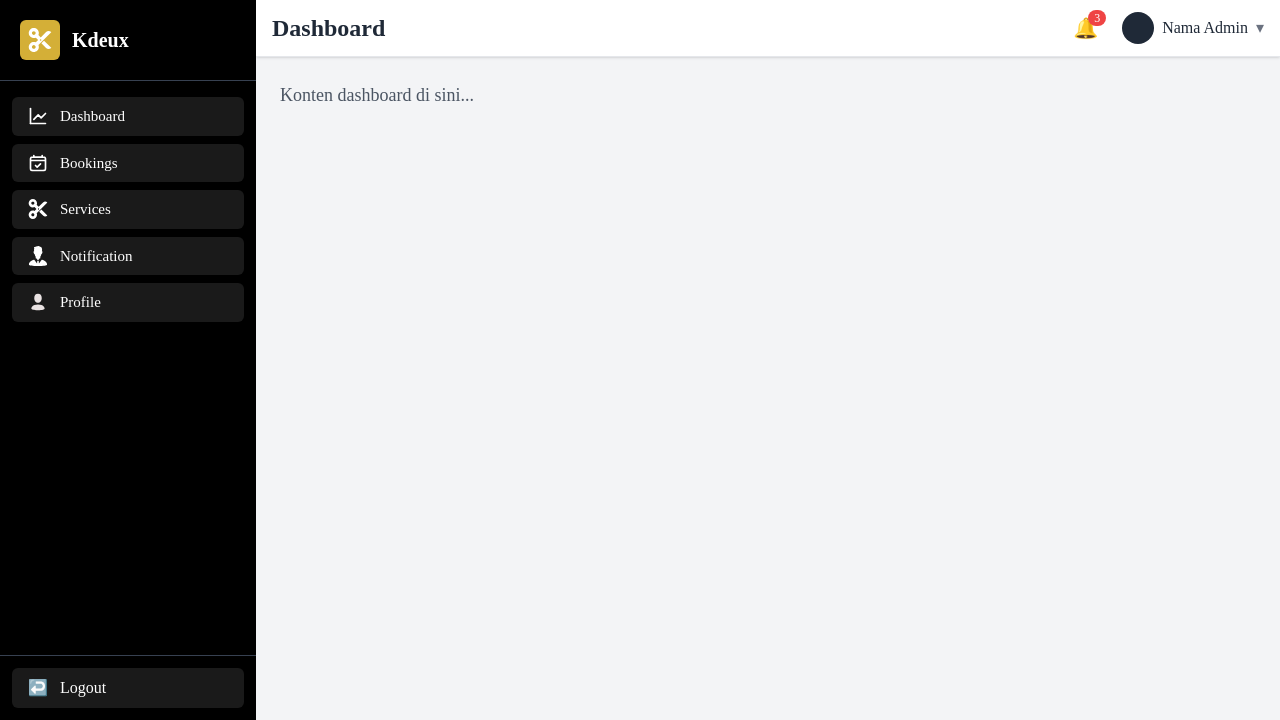
Repository: Maximust27/Project-Pweb2
Page: http://localhost/ci431/app/Views/layout_admin/sidebar.php
These files come from the project's save history. The page is drawn as it stood at one moment and after the next save; the edit follows.
The browser window is 1280 px wide. The pictures show the whole page.
Some web fonts or font styles are not loaded; a fallback is used. Some web libraries are served in a nearby version. The page is run by PHP 8.4 with error messages shown; the project is at /var/www/html/.

Above is the page before, as saved 2025-11-19 16:43:46.

### app/Views/layout_admin/sidebar.php
<!DOCTYPE html>
<html lang="en" class="scroll-smooth">
<head>
  <meta charset="UTF-8" />
  <meta name="viewport" content="width=device-width, initial-scale=1.0" />
  <title>Kdeux Dashboard</title>

  <!-- Tailwind CSS -->
  <script src="https://cdn.tailwindcss.com"></script>

  <!-- Montaga Font -->
  <link href="https://fonts.googleapis.com/css2?family=Montaga&display=swap" rel="stylesheet" />

  <style>
    body {
      font-family: 'Montaga', serif;
    }
    .active {
      background-color: #d4af37;
      color: #fff;
    }
    .sidebar-btn:hover {
      background-color: #d4af37;
      color: #fff;
    }
  </style>
</head>
<body class="bg-gray-100 flex min-h-screen">

  <!-- Sidebar -->
  <aside id="sidebar" class="fixed md:static md:translate-x-0 transform -translate-x-full md:w-64 w-60 bg-black text-white flex flex-col justify-between h-screen transition-transform duration-300 ease-in-out z-50">
    <div>
      <!-- Logo -->
      <div class="flex items-center gap-3 p-5 border-b border-gray-700">
        <div class="bg-[#D4AF37] p-2 rounded-md flex items-center justify-center w-10 h-10">
          <svg viewBox="0 0 512 512" fill="#ffffff" class="w-6 h-6 rotate-90">
            <path d="M424.994 126.551c30.029-30.029 30.018-78.738 0-108.766l-1.468-1.457L269.463 170.391l55.852 55.851L424.994 126.551z"/>
            <path d="M480.503 312.156c-20.898-20.932-48.609-31.531-76.01-31.498-14.518-.011-29.101 3.036-42.747 8.954L88.464 16.317l-1.469 1.469c-30.018 30.028-30.028 78.736 0 108.766L200.155 239.7l-49.912 49.911c-13.645-5.906-28.218-8.965-42.735-8.942-27.402-.044-55.123 10.554-76.021 31.487C10.554 333.054-.044 360.775 0 388.177c-.044 27.39 10.554 55.112 31.476 76.021 20.92 20.931 48.641 31.519 76.032 31.485 27.412.034 55.112-10.564 76.01-31.475 20.911-20.91 31.509-48.62 31.475-76.021.023-14.506-3.035-29.08-8.931-42.703l49.911-49.922 49.912 49.901c-5.896 13.634-8.954 28.207-8.932 42.725-.033 27.401 10.566 55.112 31.498 76.01 20.898 20.921 48.598 31.53 76.01 31.496 27.401.034 55.111-10.564 76.021-31.496 20.932-20.898 31.531-48.62 31.497-76.01-.045-27.39-10.643-55.101-31.576-75.999zM135.582 416.229c-7.839 7.805-17.808 11.581-28.075 11.625-10.278-.044-20.226-3.82-28.064-11.625-7.805-7.828-11.581-17.785-11.614-28.052.033-10.278 3.809-20.226 11.614-28.064 7.828-7.805 17.786-11.581 28.064-11.614 10.277.044 20.224 3.809 28.064 11.614 7.805 7.828 11.569 17.786 11.613 28.064-.044 10.267-3.808 20.224-11.624 28.063zM256.006 260.156c-9.417 0-17.046-7.628-17.046-17.045 0-9.417 7.629-17.046 17.046-17.046 9.417 0 17.046 7.628 17.046 17.046 0 9.417-7.628 17.045-17.046 17.045zm176.54 156.061c-7.838 7.816-17.796 11.592-28.063 11.626-10.256-.034-20.214-3.81-28.053-11.626-7.805-7.828-11.581-17.796-11.625-28.041.044-10.278 3.808-20.226 11.625-28.064 7.839-7.816 17.786-11.581 28.064-11.625 10.256.034 20.214 3.808 28.052 11.625 7.805 7.839 11.581 17.797 11.625 28.064-.044 10.232-3.808 20.178-11.625 28.041z"/>
          </svg>
        </div>
        <h1 class="text-xl font-semibold">Kdeux</h1>
      </div>

      <!-- Menu -->
      <nav class="mt-4 flex flex-col space-y-2 px-3">
          <!-- Dashboard -->
          <a href="#"
             class="flex items-center gap-3 px-4 py-2 rounded-md bg-[#1A1A1A] text-white hover:bg-[#D4AF37] transition duration-200 ease-in-out">
            <span class="w-5 h-5 flex items-center justify-center">
              <svg viewBox="0 0 24 24" fill="none" class="w-5 h-5" xmlns="http://www.w3.org/2000/svg">
                <path d="M3 3V21" stroke="currentColor" stroke-width="2" stroke-linecap="round" stroke-linejoin="round" />
                <path d="M21 21H3" stroke="currentColor" stroke-width="2" stroke-linecap="round" stroke-linejoin="round" />
                <path d="M7 16L12.25 10.75L15.75 14.25L21 9" stroke="currentColor" stroke-width="2" stroke-linecap="round" stroke-linejoin="round" />
              </svg>
            </span>
            <span class="text-[15px] font-medium">Dashboard</span>
          </a>

          <!-- Bookings -->
          <a href="#"
             class="flex items-center gap-3 px-4 py-2 rounded-md bg-[#1A1A1A] text-white hover:bg-[#D4AF37] transition duration-200 ease-in-out">
            <span class="w-5 h-5 flex items-center justify-center">
              <svg viewBox="0 0 24 24" fill="none" class="w-5 h-5" xmlns="http://www.w3.org/2000/svg">
                <path d="M3 9H21M9 15L11 17L15 13M7 3V5M17 3V5M6.2 21H17.8C18.9201 21 19.4802 21 19.908 20.782C20.2843 20.5903 20.5903 20.2843 20.782 19.908C21 19.4802 21 18.9201 21 17.8V8.2C21 7.07989 21 6.51984 20.782 6.09202C20.5903 5.71569 20.2843 5.40973 19.908 5.21799C19.4802 5 18.9201 5 17.8 5H6.2C5.0799 5 4.51984 5 4.09202 5.21799C3.71569 5.40973 3.40973 5.71569 3.21799 6.09202C3 6.51984 3 7.07989 3 8.2V17.8C3 18.9201 3 19.4802 3.21799 19.908C3.40973 20.2843 3.71569 20.5903 4.09202 20.782C4.51984 21 5.07989 21 6.2 21Z"
                  stroke="currentColor" stroke-width="2" stroke-linecap="round" stroke-linejoin="round" />
              </svg>
            </span>
            <span class="text-[15px] font-medium">Bookings</span>
          </a>

          <!-- Services -->
          <a href="#"
             class="flex items-center gap-3 px-4 py-2 rounded-md bg-[#1A1A1A] text-white hover:bg-[#D4AF37] transition duration-200 ease-in-out">
            <span class="w-5 h-5 flex items-center justify-center">
              <svg viewBox="0 0 512 512" fill="#ffffff" class="w-6 h-6 rotate-90">
                <path d="M424.994 126.551c30.029-30.029 30.018-78.738 0-108.766l-1.468-1.457L269.463 170.391l55.852 55.851L424.994 126.551z"/>
                <path d="M480.503 312.156c-20.898-20.932-48.609-31.531-76.01-31.498-14.518-.011-29.101 3.036-42.747 8.954L88.464 16.317l-1.469 1.469c-30.018 30.028-30.028 78.736 0 108.766L200.155 239.7l-49.912 49.911c-13.645-5.906-28.218-8.965-42.735-8.942-27.402-.044-55.123 10.554-76.021 31.487C10.554 333.054-.044 360.775 0 388.177c-.044 27.39 10.554 55.112 31.476 76.021 20.92 20.931 48.641 31.519 76.032 31.485 27.412.034 55.112-10.564 76.01-31.475 20.911-20.91 31.509-48.62 31.475-76.021.023-14.506-3.035-29.08-8.931-42.703l49.911-49.922 49.912 49.901c-5.896 13.634-8.954 28.207-8.932 42.725-.033 27.401 10.566 55.112 31.498 76.01 20.898 20.921 48.598 31.53 76.01 31.496 27.401.034 55.111-10.564 76.021-31.496 20.932-20.898 31.531-48.62 31.497-76.01-.045-27.39-10.643-55.101-31.576-75.999zM135.582 416.229c-7.839 7.805-17.808 11.581-28.075 11.625-10.278-.044-20.226-3.82-28.064-11.625-7.805-7.828-11.581-17.785-11.614-28.052.033-10.278 3.809-20.226 11.614-28.064 7.828-7.805 17.786-11.581 28.064-11.614 10.277.044 20.224 3.809 28.064 11.614 7.805 7.828 11.569 17.786 11.613 28.064-.044 10.267-3.808 20.224-11.624 28.063zM256.006 260.156c-9.417 0-17.046-7.628-17.046-17.045 0-9.417 7.629-17.046 17.046-17.046 9.417 0 17.046 7.628 17.046 17.046 0 9.417-7.628 17.045-17.046 17.045zm176.54 156.061c-7.838 7.816-17.796 11.592-28.063 11.626-10.256-.034-20.214-3.81-28.053-11.626-7.805-7.828-11.581-17.796-11.625-28.041.044-10.278 3.808-20.226 11.625-28.064 7.839-7.816 17.786-11.581 28.064-11.625 10.256.034 20.214 3.808 28.052 11.625 7.805 7.839 11.581 17.797 11.625 28.064-.044 10.232-3.808 20.178-11.625 28.041z"/>
             </svg>
            </span>
            <span class="text-[15px] font-medium">Services</span>
          </a>

          <!-- Notification -->
          <a href="#"
             class="flex items-center gap-3 px-4 py-2 rounded-md bg-[#1A1A1A] text-white hover:bg-[#D4AF37] transition duration-200 ease-in-out">
            <span class="w-5 h-5 flex items-center justify-center">
                <svg height="200px" width="200px" version="1.1" id="_x32_" xmlns="http://www.w3.org/2000/svg" xmlns:xlink="http://www.w3.org/1999/xlink" viewBox="0 0 512 512" xml:space="preserve" fill="#fff"><g id="SVGRepo_bgCarrier" stroke-width="0"></g><g id="SVGRepo_tracerCarrier" stroke-linecap="round" stroke-linejoin="round"></g><g id="SVGRepo_iconCarrier"> <style type="text/css"> .st0{fill:#fff;} </style> <g> <path class="st0" d="M364.032,355.035c-3.862-1.446-8.072-3.436-12.35-5.794l-71.57,98.935l-5.09-64.814h-38.033l-5.091,64.814 l-71.569-98.935c-4.408,2.466-8.656,4.487-12.361,5.794c-37.478,13.193-129.549,51.136-123.607,122.21 C25.787,494.301,119.582,512,256.006,512c136.413,0,230.208-17.699,231.634-34.755 C493.583,406.102,401.273,368.961,364.032,355.035z"></path> <path class="st0" d="M171.501,208.271c5.21,29.516,13.966,55.554,25.494,68.38c0,15.382,0,26.604,0,35.587 c0,0.902-0.158,1.852-0.416,2.833l40.41,19.462v28.545h38.033v-28.545l40.39-19.452c-0.258-0.981-0.416-1.932-0.416-2.843 c0-8.983,0-20.205,0-35.587c11.548-12.826,20.304-38.864,25.514-68.38c12.143-4.338,19.096-11.281,27.762-41.658 c9.231-32.358-13.876-31.258-13.876-31.258c18.69-61.873-5.922-120.022-47.124-115.753c-28.426-49.73-123.627,11.36-153.48,7.102 c0,17.055,7.112,29.842,7.112,29.842c-10.379,19.69-6.378,58.951-3.446,78.809c-1.704-0.03-22.602,0.188-13.728,31.258 C152.405,196.99,159.338,203.934,171.501,208.271z"></path> </g> </g></svg>
            </span>
            <span class="text-[15px] font-medium">Notification</span>
          </a>

          <!-- Profile -->
          <a href="#"
             class="flex items-center gap-3 px-4 py-2 rounded-md bg-[#1A1A1A] text-white hover:bg-[#D4AF37] transition duration-200 ease-in-out">
            <span class="w-5 h-5 flex items-center justify-center">
                <svg viewBox="0 0 24 24" width="26" fill="#e9e2e2">
                  <path fill-rule="evenodd" clip-rule="evenodd" d="M16.5 7.063C16.5 10.258 14.57 13 12 13c-2.572 0-4.5-2.742-4.5-5.938C7.5 3.868 9.16 2 12 2s4.5 1.867 4.5 5.063zM4.102 20.142C4.487 20.6 6.145 22 12 22c5.855 0 7.512-1.4 7.898-1.857a.416.416 0 0 0 .09-.317C19.9 18.944 19.106 15 12 15s-7.9 3.944-7.989 4.826a.416.416 0 0 0 .091.317z"/>
                </svg>
            </span>
            <span class="text-[15px] font-medium">Profile</span>
          </a>
        </nav>
    </div>

    <!-- Logout -->
    <div class="p-3 border-t border-gray-700">
      <div class="bg-[#1A1A1A] rounded-md">
        <a href="#" class="sidebar-btn flex items-center gap-3 px-4 py-2 rounded-md w-full"><span>↩️</span> Logout</a>
      </div>
    </div>
  </aside>

  <!-- Overlay for mobile -->
  <div id="overlay" class="fixed inset-0 bg-black bg-opacity-40 hidden z-40 md:hidden"></div>

  <!-- Main Content -->
  <main class="flex-1 flex flex-col md:ml-0 ml-0 w-full">
    <!-- Header -->
    <header class="flex justify-between items-center bg-white shadow px-4 py-3 border-b">
      <div class="flex items-center gap-3">
        <!-- Hamburger -->
        <button id="menu-btn" class="md:hidden text-2xl focus:outline-none">☰</button>
        <h2 class="text-2xl font-bold text-gray-800">Dashboard</h2>
      </div>

      <div class="flex items-center gap-6">
        <!-- Notification -->
        <div class="relative">
          <span class="text-gray-600 text-xl">🔔</span>
          <span class="absolute -top-1 -right-2 bg-red-500 text-white text-xs rounded-full px-1.5">3</span>
        </div>

        <!-- Profile -->
        <div class="flex items-center gap-2">
          <div class="w-8 h-8 bg-gray-800 rounded-full"></div>
          <span class="text-gray-800">Nama Admin</span>
          <span class="text-gray-500">▾</span>
        </div>
      </div>
    </header>

    <!-- Content -->
    <section class="p-6">
      <div class="text-gray-600 text-lg">Konten dashboard di sini...</div>
    </section>
  </main>

  <!-- JS Toggle Sidebar -->
  <script>
    const sidebar = document.getElementById('sidebar');
    const overlay = document.getElementById('overlay');
    const menuBtn = document.getElementById('menu-btn');

    menuBtn.addEventListener('click', () => {
      sidebar.classList.toggle('-translate-x-full');
      overlay.classList.toggle('hidden');
    });

    overlay.addEventListener('click', () => {
      sidebar.classList.add('-translate-x-full');
      overlay.classList.add('hidden');
    });
  </script>
</body>
</html>

After the next save:
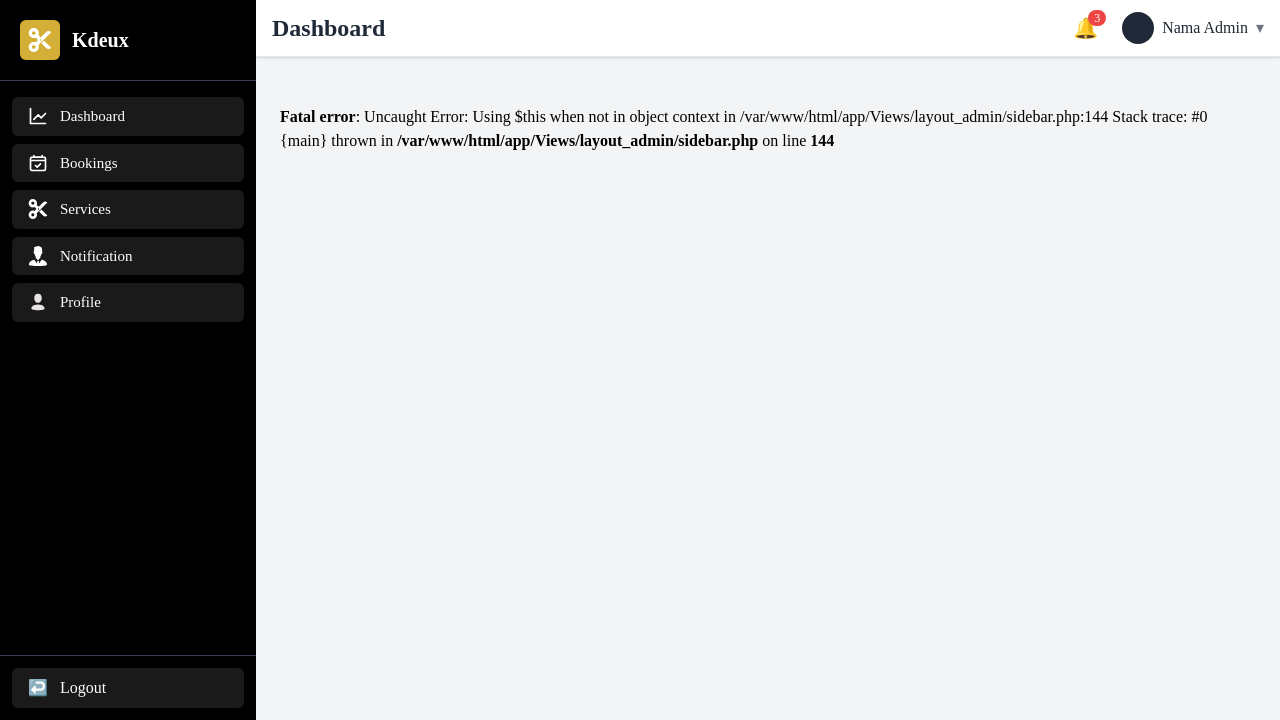
Saved 75 s later.
--- a/app/Views/layout_admin/sidebar.php
+++ b/app/Views/layout_admin/sidebar.php
@@ -141,8 +141,9 @@
 
     <!-- Content -->
     <section class="p-6">
-      <div class="text-gray-600 text-lg">Konten dashboard di sini...</div>
-    </section>
+    <?= $this->renderSection('content') ?>
+</section>
+
   </main>
 
   <!-- JS Toggle Sidebar -->
